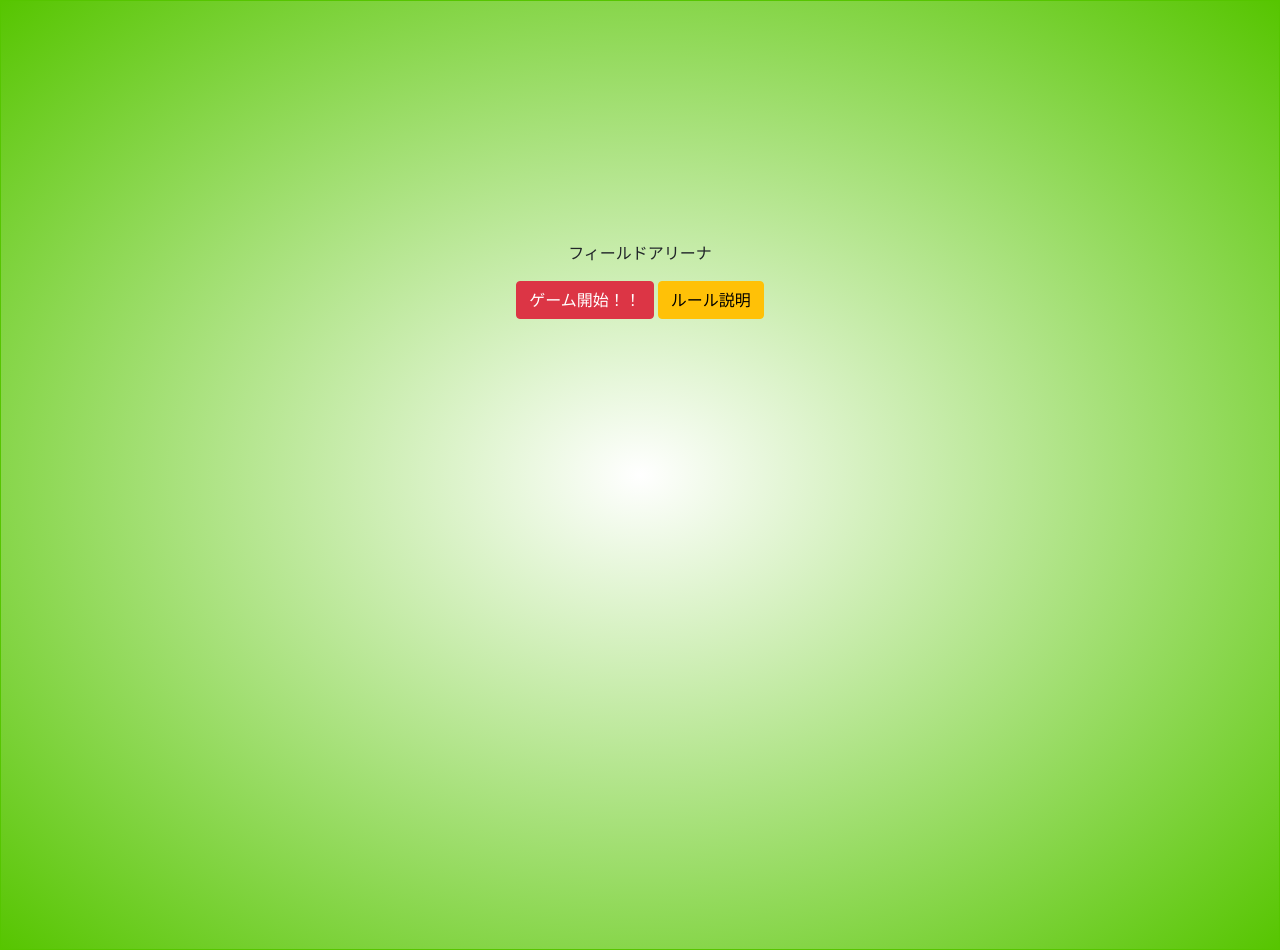
Repository: e1b21074/field_arena
Page: .log/field_arena/src/main/resources/static/index.html
The author's editor kept a copy of each file at every save. The page is drawn from the files as they stood at one save, then again after a run of saves.
The browser window is 1280 px wide. The pictures show the whole page.

Above is the page before, as saved 2024-01-09 15:02:59.

### .log/field_arena/src/main/resources/static/index.html
<!DOCTYPE html>
<html lang="en">

<head>
  <meta charset="UTF-8">
  <meta name="viewport" content="width=device-width, initial-scale=1.0">
  <!-- bootstrap CSS -->
  <link href="https://cdn.jsdelivr.net/npm/bootstrap@5.0.2/dist/css/bootstrap.min.css" rel="stylesheet"
    integrity="sha384-EVSTQN3/azprG1Anm3QDgpJLIm9Nao0Yz1ztcQTwFspd3yD65VohhpuuCOmLASjC" crossorigin="anonymous">

  <title>カードゲーム</title>

  <style>
    .title{
      font-size: 32px;
    }

    .gradient {
      background:radial-gradient(#fff, #56C500);
      height: 950px;
      border: 1px solid #56C500;
  }
  </style>
</head>

<body class="gradient">
  <center>
    <div style="text-align: center;">
      <br><br><br><br><br><br><br><br><br><br>
      <p >
      フィールドアリーナ
      </p>
      <button type="button" class="btn btn-danger" onclick="location.href='/gamearea'">ゲーム開始！！</button>
      <button type="button" class="btn btn-warning" onclick="location.href='/rule'">ルール説明</button>
    </div>
  </center>

  <script src="https://cdn.jsdelivr.net/npm/bootstrap@5.0.2/dist/js/bootstrap.bundle.min.js"
    integrity="sha384-MrcW6ZMFYlzcLA8Nl+NtUVF0sA7MsXsP1UyJoMp4YLEuNSfAP+JcXn/tWtIaxVXM"
    crossorigin="anonymous"></script>
</body>

</html>

After the next 3 saves:
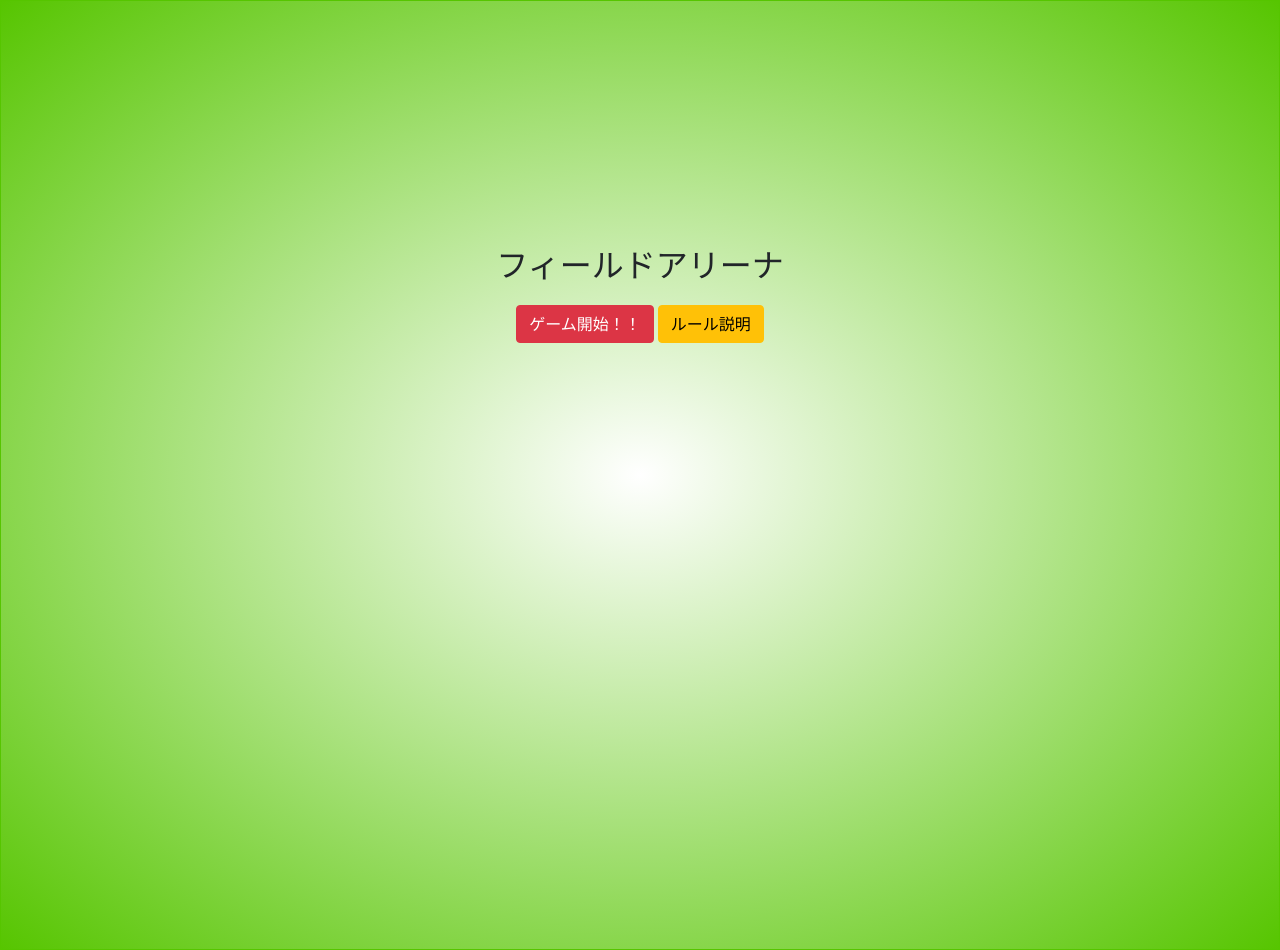
The 3 saves are shown as one change because they came seconds apart.
The last was saved 10 s later.
--- a/.log/field_arena/src/main/resources/static/index.html
+++ b/.log/field_arena/src/main/resources/static/index.html
@@ -27,7 +27,7 @@
   <center>
     <div style="text-align: center;">
       <br><br><br><br><br><br><br><br><br><br>
-      <p >
+      <p class="title">
       フィールドアリーナ
       </p>
       <button type="button" class="btn btn-danger" onclick="location.href='/gamearea'">ゲーム開始！！</button>

After the save that followed:
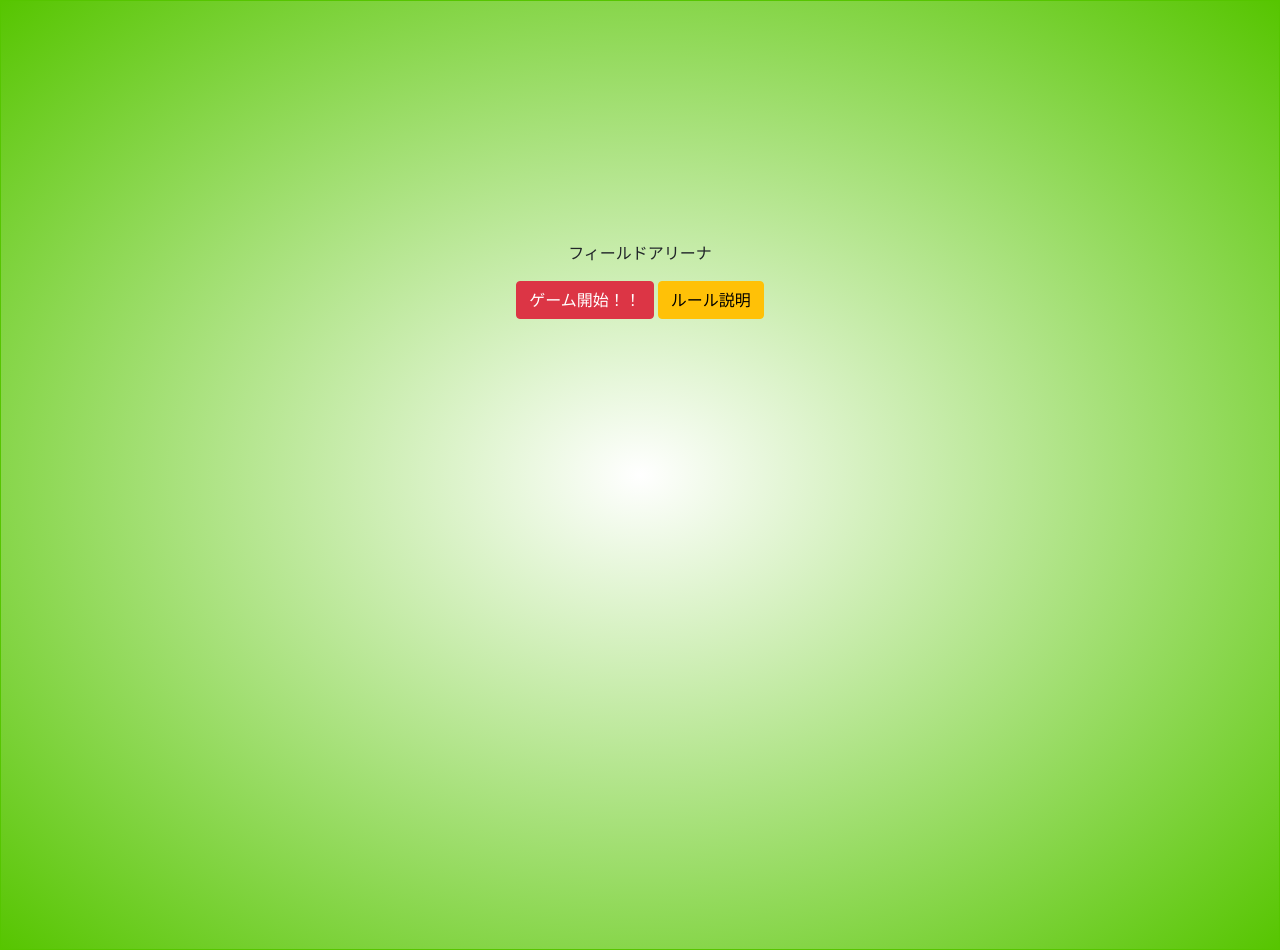
Saved 37 s later.
--- a/.log/field_arena/src/main/resources/static/index.html
+++ b/.log/field_arena/src/main/resources/static/index.html
@@ -12,7 +12,7 @@
 
   <style>
     .title{
-      font-size: 32px;
+      font-size: px;
     }
 
     .gradient {
